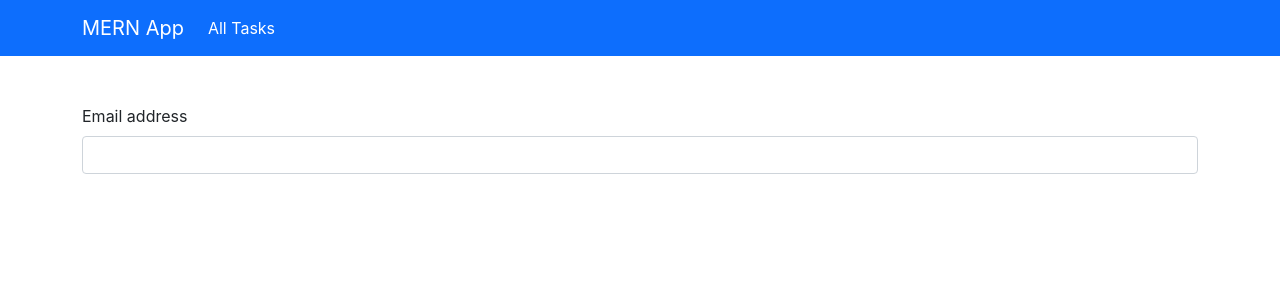
Repository: swathivanka444/MERN-CRUD
Page: /AddTask (app in frontend_crudapp_reactjs-master/)
These files come from the project's save history. The page is drawn as it stood at one moment and after the next save; the edit follows.
The browser window is 1280 px wide. The pictures show the whole page.
The project was rebuilt for these pictures with package versions that can differ from the ones it lists, and the page was loaded fresh each time. Also part of the build but not shown: frontend_crudapp_reactjs-master/src/App.css, frontend_crudapp_reactjs-master/src/component/AllTasks.js.

Above is the page before, as saved 2023-08-29 12:56:05.

### frontend_crudapp_reactjs-master/public/index.html
<!DOCTYPE html>
<html lang="en">
  <head>
    <meta charset="utf-8" />
    <link rel="icon" href="%PUBLIC_URL%/favicon.ico" />
    <meta name="viewport" content="width=device-width, initial-scale=1" />
    <meta name="theme-color" content="#000000" />
    <meta
      name="description"
      content="Web site created using create-react-app"
    />
    <link rel="apple-touch-icon" href="%PUBLIC_URL%/logo192.png" />
    <!--
      manifest.json provides metadata used when your web app is installed on a
      user's mobile device or desktop. See https://developers.google.com/web/fundamentals/web-app-manifest/
    -->
    <link rel="manifest" href="%PUBLIC_URL%/manifest.json" />
    <!--
      Notice the use of %PUBLIC_URL% in the tags above.
      It will be replaced with the URL of the `public` folder during the build.
      Only files inside the `public` folder can be referenced from the HTML.

      Unlike "/favicon.ico" or "favicon.ico", "%PUBLIC_URL%/favicon.ico" will
      work correctly both with client-side routing and a non-root public URL.
      Learn how to configure a non-root public URL by running `npm run build`.
    -->

    <title>MERN App</title>
    <link href="https://cdn.jsdelivr.net/npm/bootstrap@5.0.2/dist/css/bootstrap.min.css" rel="stylesheet" integrity="sha384-EVSTQN3/azprG1Anm3QDgpJLIm9Nao0Yz1ztcQTwFspd3yD65VohhpuuCOmLASjC" crossorigin="anonymous">
  </head>
  <body>
    <noscript>You need to enable JavaScript to run this app.</noscript>
    <div id="root"></div>
    <!--
      This HTML file is a template.
      If you open it directly in the browser, you will see an empty page.

      You can add webfonts, meta tags, or analytics to this file.
      The build step will place the bundled scripts into the <body> tag.

      To begin the development, run `npm start` or `yarn start`.
      To create a production bundle, use `npm run build` or `yarn build`.
    -->
    <script src="https://cdn.jsdelivr.net/npm/bootstrap@5.0.2/dist/js/bootstrap.bundle.min.js" integrity="sha384-MrcW6ZMFYlzcLA8Nl+NtUVF0sA7MsXsP1UyJoMp4YLEuNSfAP+JcXn/tWtIaxVXM" crossorigin="anonymous"></script>
  </body>
</html>

### frontend_crudapp_reactjs-master/src/App.js
  import './App.css';
  import {
    createBrowserRouter,
    RouterProvider,
    Routes,
    Route,
    Link,
    BrowserRouter,
  } from "react-router-dom";
import AllTasks from './component/AllTasks';
import Navbar from './component/Navbar';
import AddTask from './component/AddTask';

function App() {
  return (
 <>
<BrowserRouter>
<Navbar/>
<Routes>
    <Route path='/' element={<AllTasks/>}/>
    <Route path='/AddTask' element={<AddTask/>}/>
</Routes>
</BrowserRouter>
 </>
  );
}

export default App;

### frontend_crudapp_reactjs-master/src/component/Navbar.js
import React from "react";
export default function Navbar() {
    return (
        <nav className="navbar navbar-expand-lg navbar-light bg-primary">
            <div className="container">
                <a className="navbar-brand text-white" href="#">MERN App</a>
                <button className="navbar-toggler" type="button" data-bs-toggle="collapse" data-bs-target="#navbarSupportedContent" aria-controls="navbarSupportedContent" aria-expanded="false" aria-label="Toggle navigation">
                    <span className="navbar-toggler-icon"></span>
                </button>
                <div className="collapse navbar-collapse" id="navbarSupportedContent">
                    <ul className="navbar-nav me-auto mb-2 mb-lg-0">
                        <li className="nav-item">
                            <a className="nav-link text-white"  href="#">All Tasks</a>
                        </li>

                    </ul>

                </div>
            </div>
        </nav>
    )
}

### frontend_crudapp_reactjs-master/src/component/AddTask.js
import React from "react";
export default function AddTask()
{
    return(
        <div className="container mt-5">
            <form>
            <div class="mb-3">
    <label for="exampleInputEmail1" class="form-label">Email address</label>
    <input type="email" class="form-control" id="exampleInputEmail1" aria-describedby="emailHelp"/>

  </div>
            </form>
        </div>
    )
}

Loaded but not shown: frontend_crudapp_reactjs-master/src/index.js (common file); frontend_crudapp_reactjs-master/src/index.css (common file)

After the next save:
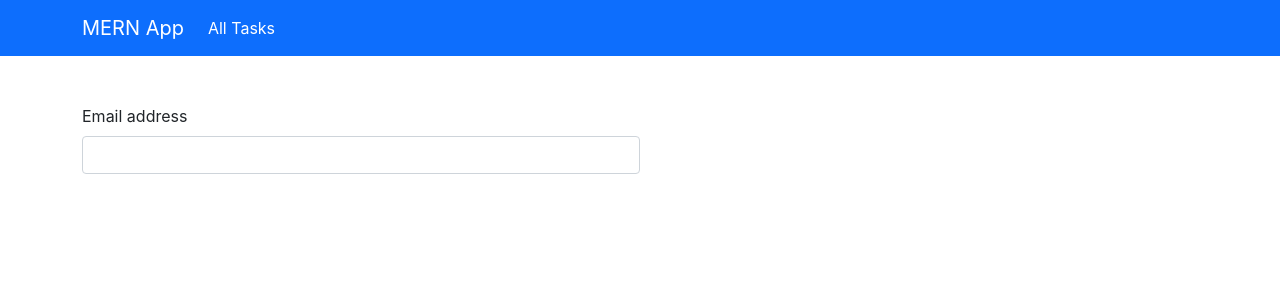
Saved 30 s later.
--- a/frontend_crudapp_reactjs-master/src/component/AddTask.js
+++ b/frontend_crudapp_reactjs-master/src/component/AddTask.js
@@ -1,14 +1,12 @@
 import React from "react";
-export default function AddTask()
-{
-    return(
+export default function AddTask() {
+    return (
         <div className="container mt-5">
             <form>
-            <div class="mb-3">
-    <label for="exampleInputEmail1" class="form-label">Email address</label>
-    <input type="email" class="form-control" id="exampleInputEmail1" aria-describedby="emailHelp"/>
-
-  </div>
+                <div class="mb-3 w-50">
+                    <label for="exampleInputEmail1" class="form-label">Email address</label>
+                    <input type="email" class="form-control" id="exampleInputEmail1" aria-describedby="emailHelp" />
+                </div>
             </form>
         </div>
     )
